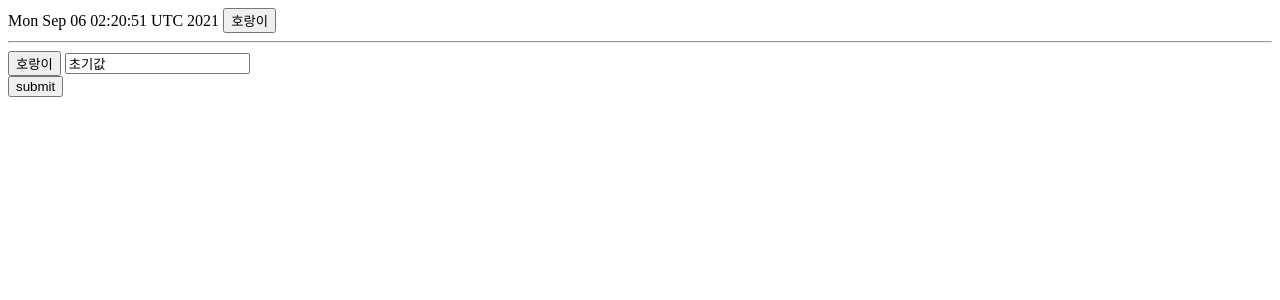
Repository: soobin10236/Class
Page: http://localhost/Web10/
The author's editor kept a copy of each file at every save. The page is drawn from the files as they stood at one save, then again after the next save.
The browser window is 1280 px wide. The pictures show the whole page.
The page is served by Tomcat 9.

Above is the page before, as saved 2021-09-08 02:43:19.

After the next save:
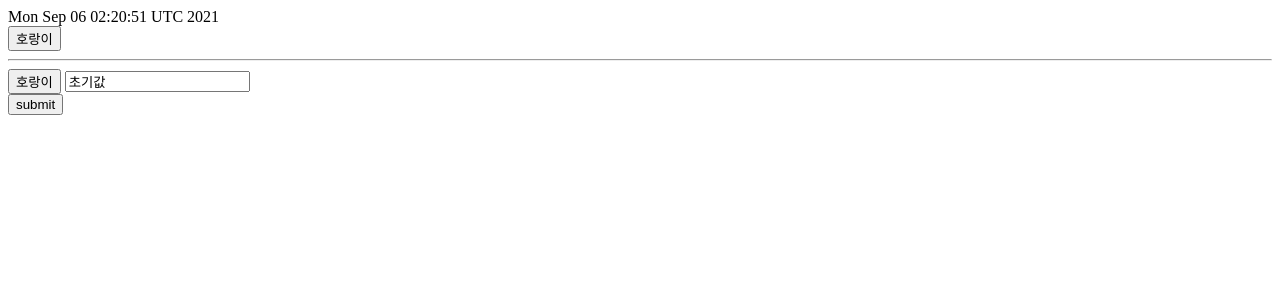
Saved 99 s later.
--- a/Web10/src/main/webapp/index.jsp
+++ b/Web10/src/main/webapp/index.jsp
@@ -15,13 +15,13 @@
 	<!-- ex) -->
 
 	<% Date date = new Date(); %>
-	<%= date %>
+	<%= date %><br/>
 
 	--%>
 
 	<!-- ex8) html tag-->
 	<% Date date = new Date(); %>
-	<%= date %>
+	<%= date %><br/>
 	<button>호랑이</button>
 	<hr/>
 	<button>호랑이</button>
